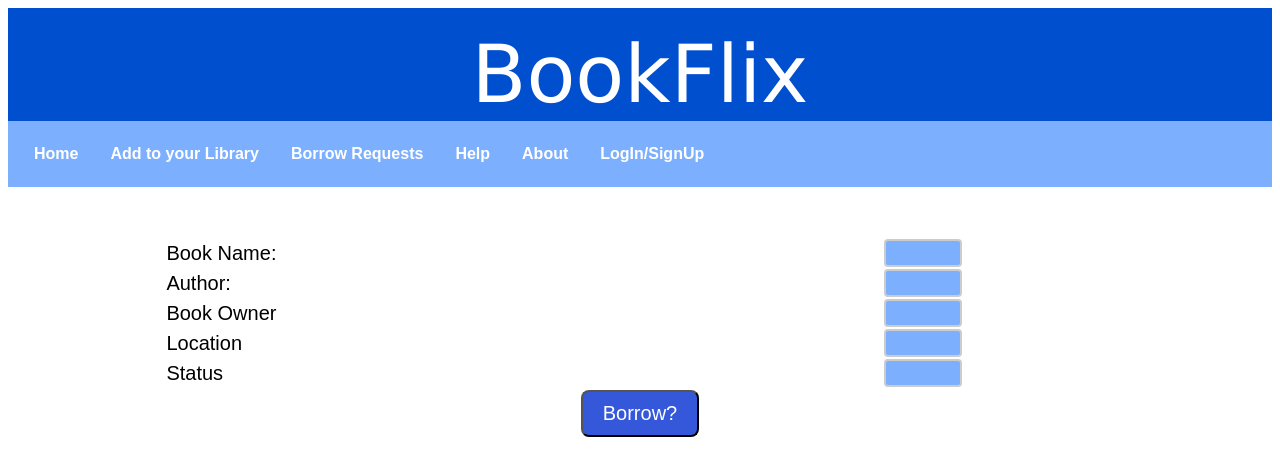
Repository: dan-10/Deloitte
Page: http://localhost/BookFlix/WEB-INF/views/status.jsp
The author's editor kept a copy of each file at every save. The page is drawn from the files as they stood at one save, then again after the next save.
The browser window is 1280 px wide. The pictures show the whole page.
The page is served by Tomcat 9. Nobody is signed in. The template is opened directly, without the code that normally fills it, so the values that code supplies are empty.

Above is the page before, as saved 2019-08-09 04:45:23.

After the next save:
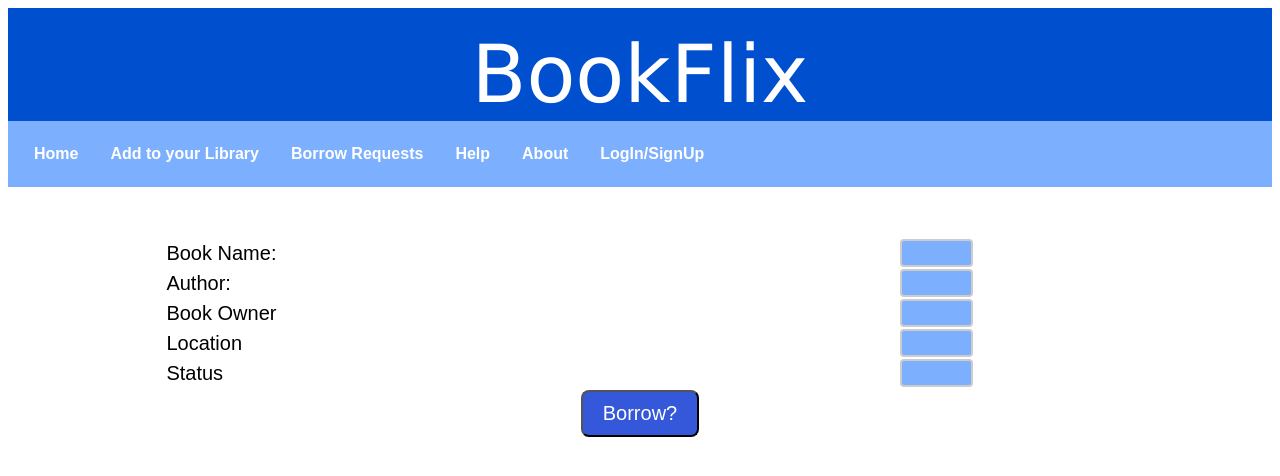
Saved 34 s later.
--- a/DeloitteTrainig/Final Project BookFlix/BookFlix/src/main/webapp/WEB-INF/views/status.jsp
+++ b/DeloitteTrainig/Final Project BookFlix/BookFlix/src/main/webapp/WEB-INF/views/status.jsp
@@ -51,7 +51,7 @@ padding-left: 30px;
   font-size: 16px;
   background-color: #7dafff;
   float: left;
-  padding: 12px 5px 12px 40px;
+  padding: 12px 1px 12px 40px;
 }
 		</style>
 	</head>
